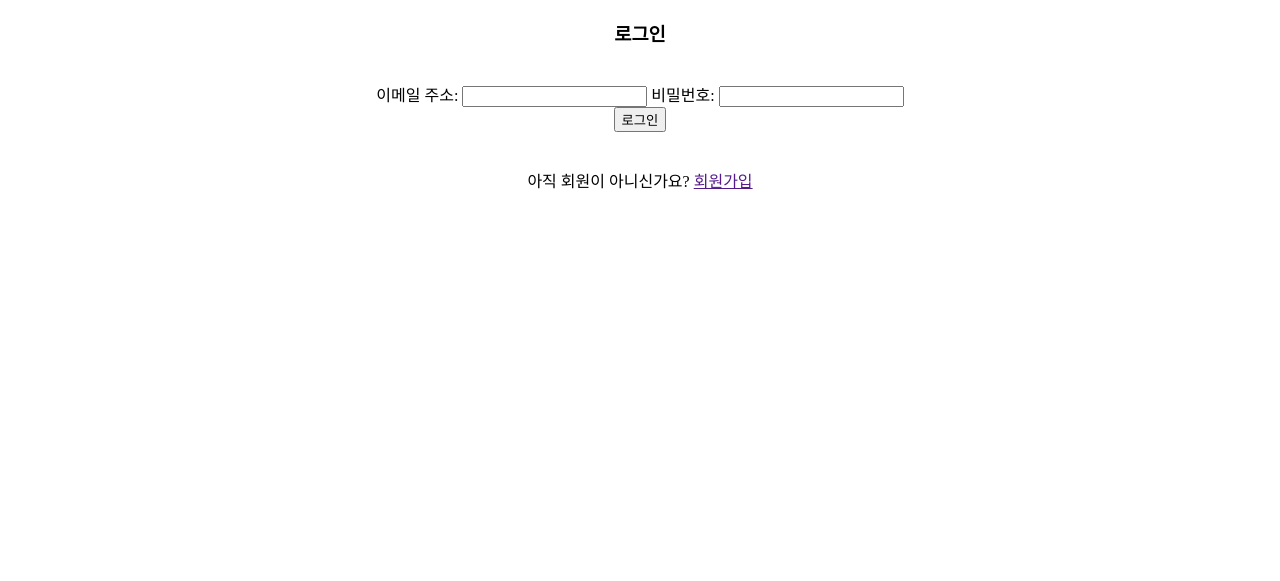
Repository: MrSeung/jsp_board
Page: http://localhost/jsp_project/mem/login
The author's editor kept a copy of each file at every save. The page is drawn from the files as they stood at one save, then again after the next save.
The browser window is 1280 px wide. The pictures show the whole page.
Some web fonts or font styles are not loaded; a fallback is used. The page is served by Tomcat 9.

Above is the page before, as saved 2023-06-01 04:27:48.

After the next save:
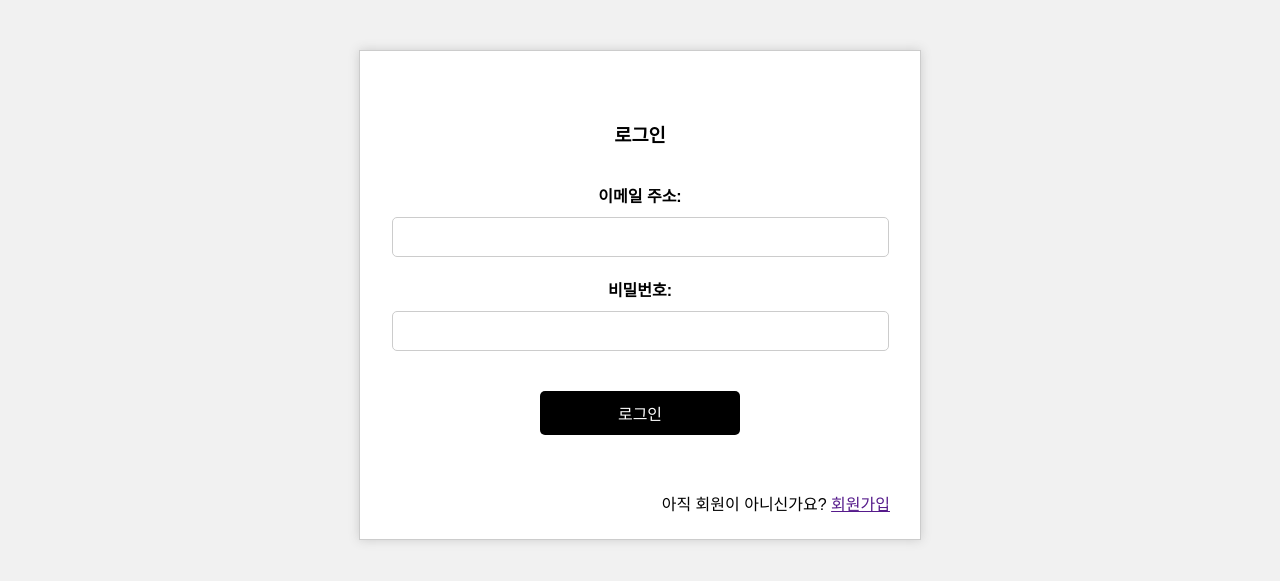
Saved 65 s later.
--- a/jsp_project/src/main/webapp/member/login.jsp
+++ b/jsp_project/src/main/webapp/member/login.jsp
@@ -5,6 +5,68 @@
 <head>
 <meta charset="UTF-8">
 <title>login page</title>
+    <link rel="preconnect" href="https://fonts.googleapis.com">
+<link rel="preconnect" href="https://fonts.gstatic.com" crossorigin>
+<link href="https://fonts.googleapis.com/css2?family=Castoro+Titling&family=Dancing+Script:wght@700&display=swap" rel="stylesheet">
+    <style>
+        body {
+            /* font-family: 'Castoro Titling', cursive; */
+            background-color: #f1f1f1;
+        }
+
+        form {
+            font-family: Arial, sans-serif;
+            background-color: #ffffff;
+            border: 1px solid #ccc;
+            margin: 50px auto;
+            padding: 30px;
+            padding-top: 50px;
+            width: 500px;
+            box-shadow: 0 0 10px #ccc;
+            /* border-radius: 10px; */
+        }
+
+        label {
+            display: block;
+            margin-bottom: 10px;
+            font-weight: bold;
+            /* color: #777; */
+            color: black;
+        }
+
+        input[type="text"]{
+            padding: 10px;
+            width: 95%;
+            border: 1px solid #ccc;
+            border-radius: 5px;
+            margin-bottom: 20px;
+            font-size: 16px;
+        }
+
+        input[type="submit"] {
+            background-color: black;
+            color: #fff;
+            padding: 10px 20px;
+            border: none;
+            border-radius: 5px;
+            cursor: pointer;
+            font-size: 16px;
+            width: 200px;
+        }
+
+        input[type="submit"]:hover {
+            background-color: gray;
+        }
+        #btn-join{
+            text-align: center;
+            margin-top: 20px;
+            margin-bottom: 20px;
+        }
+        .forget{
+            float: right;
+        }
+
+    </style>
 </head>
 <style>
     body{
